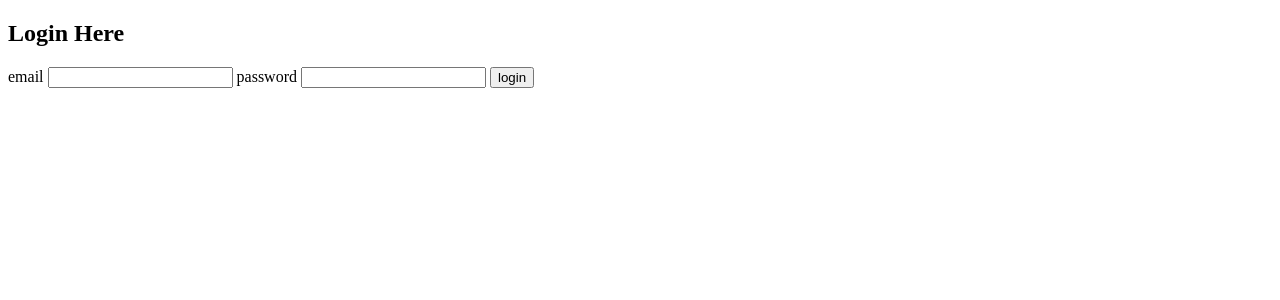
Repository: Aman-Kumar-Gautam/Java-Full-Stack
Page: http://localhost/web_app_6/login.jsp
An editor plug-in stored every save of this project. The page is shown before and after the next save, followed by the edit.
The browser window is 1280 px wide. The pictures show the whole page.
The page is served by Tomcat 9. Other server files are loaded and not shown.

Above is the page before, as saved 2023-11-07 17:15:56.

### Projects/web_app_6/src/main/webapp/login.jsp
<%@ page language="java" contentType="text/html; charset=ISO-8859-1"
	pageEncoding="ISO-8859-1"%>
<!DOCTYPE html>
<html>
<head>
<meta charset="ISO-8859-1">
<title>login Page</title>
</head>
<body>
	<h2>Login Here</h2>

	<form action="verifyLogin" method="post">
			email <input type="text" name="email" />
			password <input type="password" name="password" />
			<input type="submit" value="login" />
	</form>

</body>
</html>

After the next save:
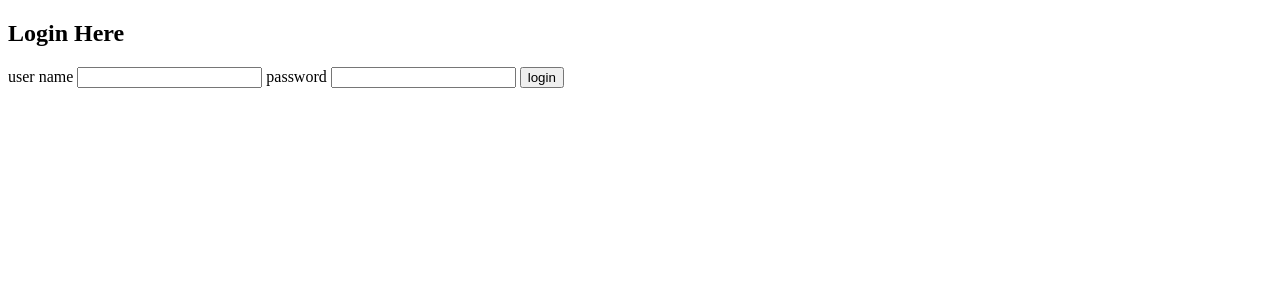
Saved 74 s later.
--- a/Projects/web_app_6/src/main/webapp/login.jsp
+++ b/Projects/web_app_6/src/main/webapp/login.jsp
@@ -10,7 +10,7 @@
 	<h2>Login Here</h2>
 
 	<form action="verifyLogin" method="post">
-			email <input type="text" name="email" />
+			user name <input type="text" name="email" />
 			password <input type="password" name="password" />
 			<input type="submit" value="login" />
 	</form>
